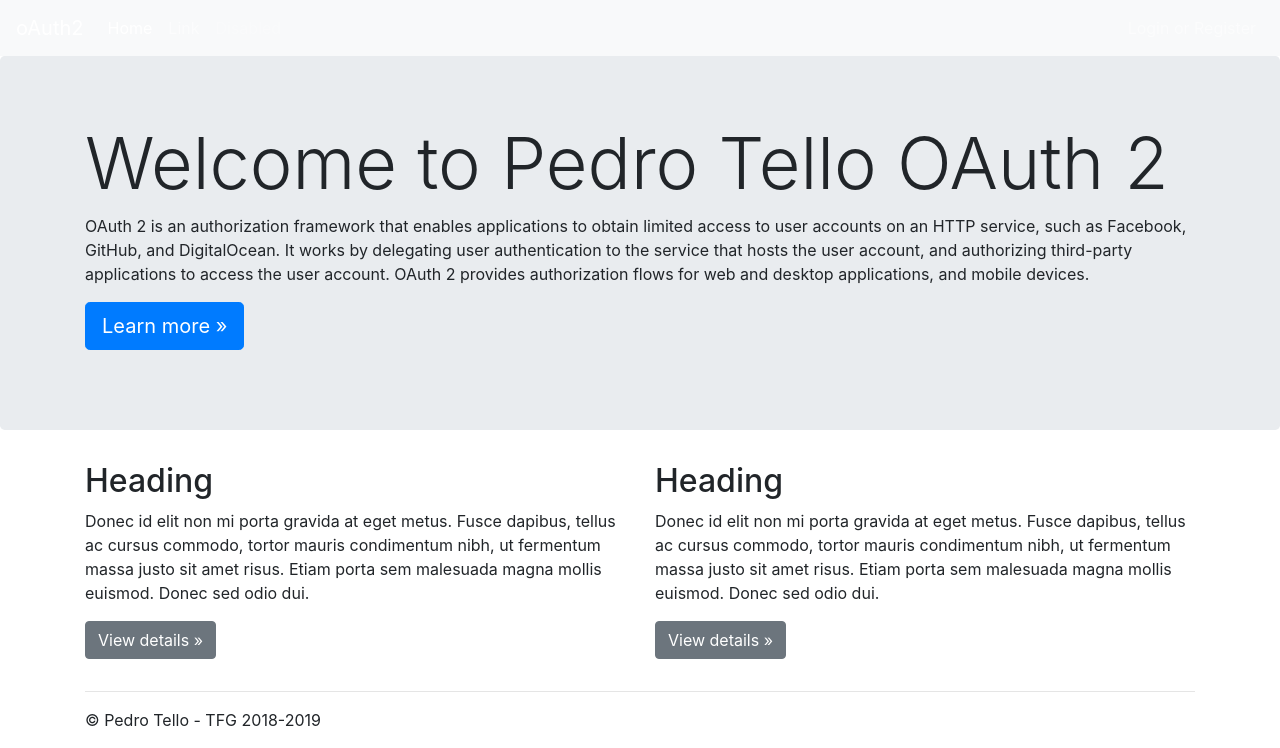
Repository: Xevit/eclipse-workspace
Page: AplicationOAuth2/src/main/webapp/index.html
An editor plug-in stored every save of this project. The page is shown before and after the next save, followed by the edit.
The browser window is 1280 px wide. The pictures show the whole page.
Some web libraries are served in a nearby version.

Above is the page before, as saved 2018-08-20 21:22:51.

After the next save:
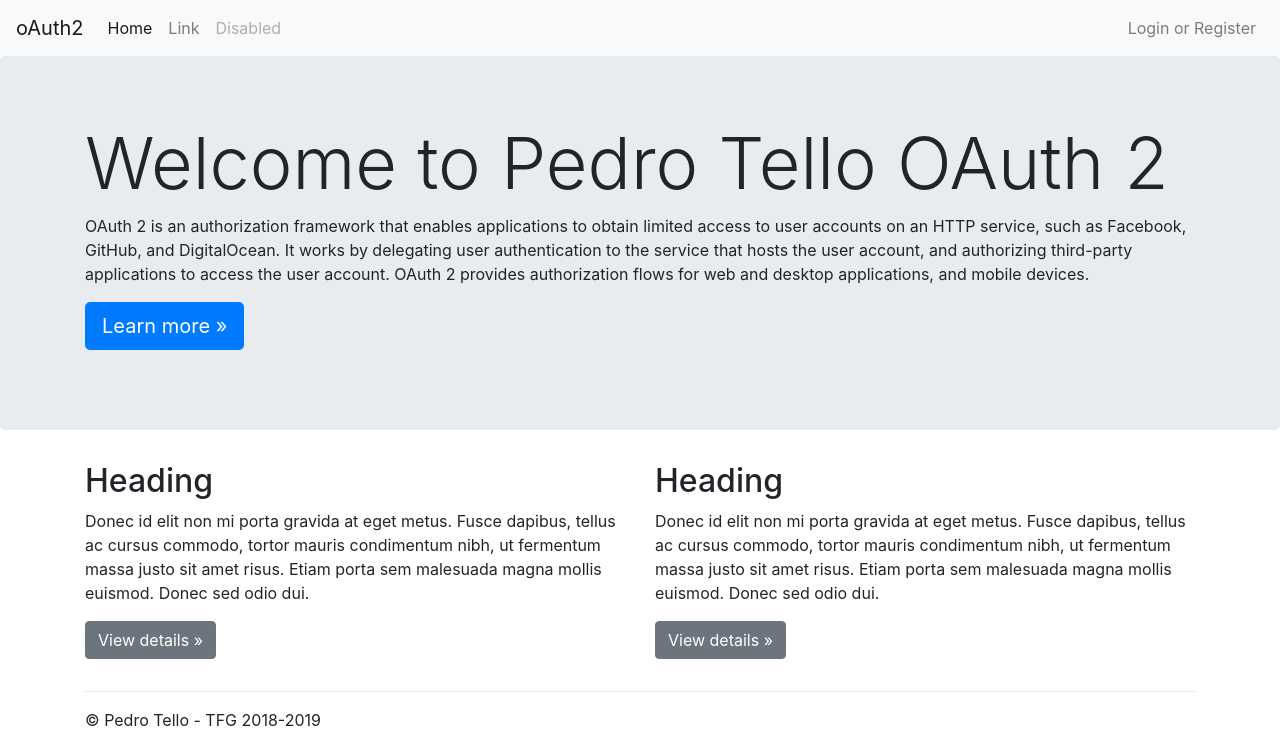
Saved 20 s later.
--- a/AplicationOAuth2/src/main/webapp/index.html
+++ b/AplicationOAuth2/src/main/webapp/index.html
@@ -6,7 +6,7 @@
     <link href="css/jumbotron.css" rel="stylesheet">
 </head>
 <body>
-<nav class="navbar navbar-expand-md navbar-dark fixed-top bg-light">
+<nav class="navbar navbar-expand-md navbar-light fixed-top bg-light">
       <a class="navbar-brand" href="#">oAuth2</a>
       <button class="navbar-toggler" type="button" data-toggle="collapse" data-target="#navbarsExampleDefault" aria-controls="navbarsExampleDefault" aria-expanded="false" aria-label="Toggle navigation">
         <span class="navbar-toggler-icon"></span>
